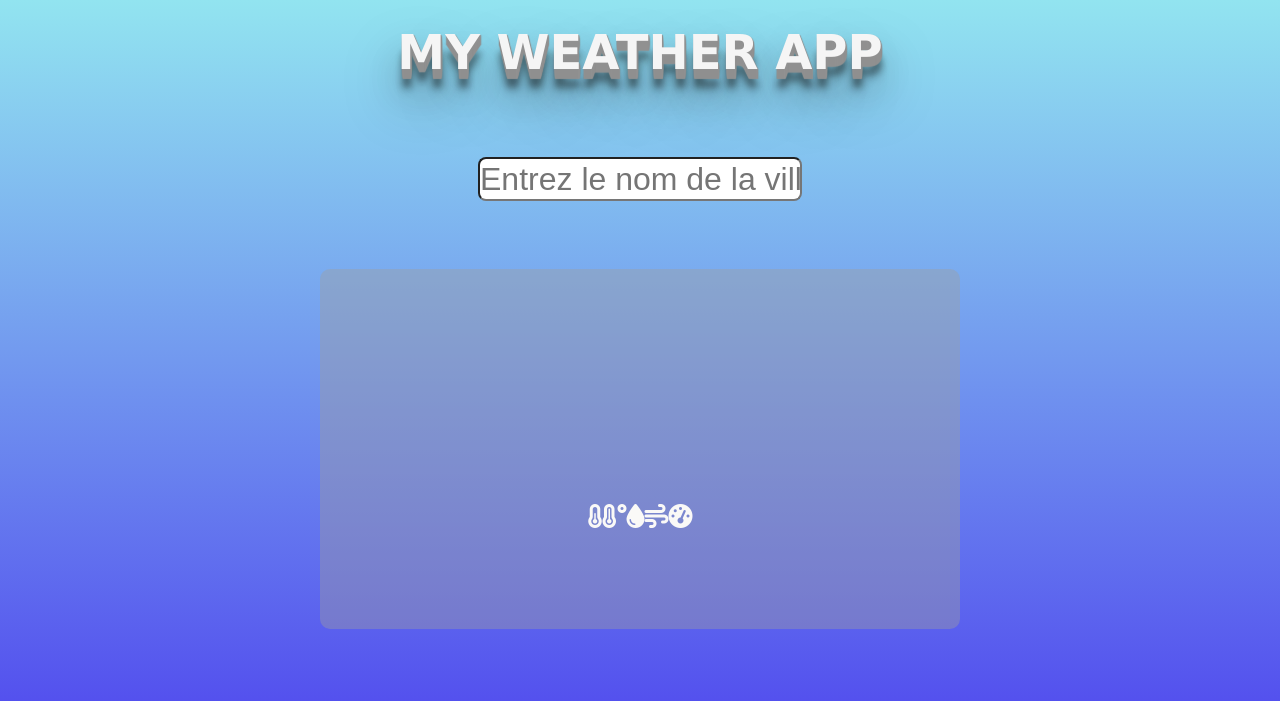
Repository: JeffnyAugustin/MyWeatherApp
Page: index.html
These files come from the project's save history. The page is drawn as it stood at one moment and after a run of saves; the edit follows.
The browser window is 1280 px wide. The pictures show the whole page.

Above is the page before, as saved 2023-11-15 16:55:15.

After the next 2 saves:
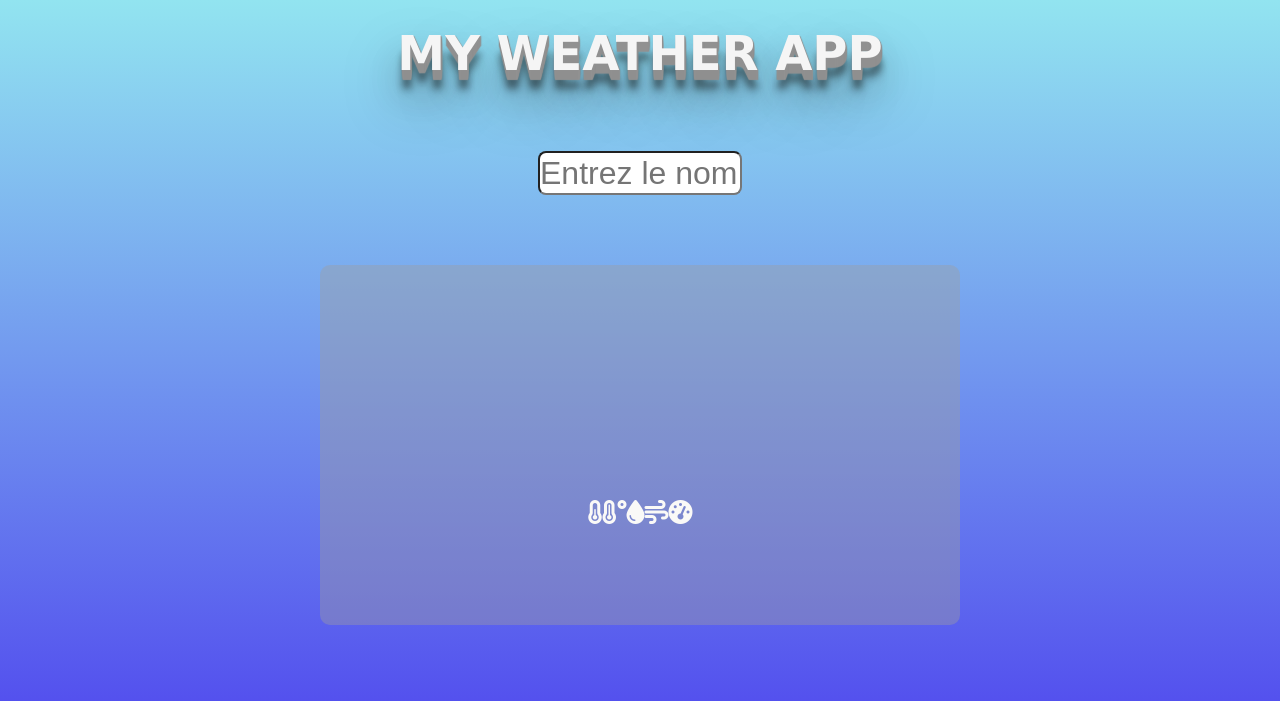
The 2 saves are shown as one change because they came seconds apart.
The last was saved 11 min 19 s later.
--- a/css/style.css
+++ b/css/style.css
@@ -28,6 +28,23 @@ body {
     border-radius: 8px;
     margin-top: 10px;
     font-size: 2rem;
+}
+
+#searchBox {
+    width: 200px; /* Ajustez la largeur selon vos besoins */
+    margin: 0 auto; /* Centrez la barre de recherche horizontalement */
+}
+
+#searchBox input {
+    padding-left: 30px; /* Ajoutez un espace pour l'icône à gauche */
+}
+
+#searchBox i.fa-search {
+    position: absolute;
+    top: 50%;
+    transform: translateY(-50%);
+    left: 8px;
+    color: white;
 }
 
 
